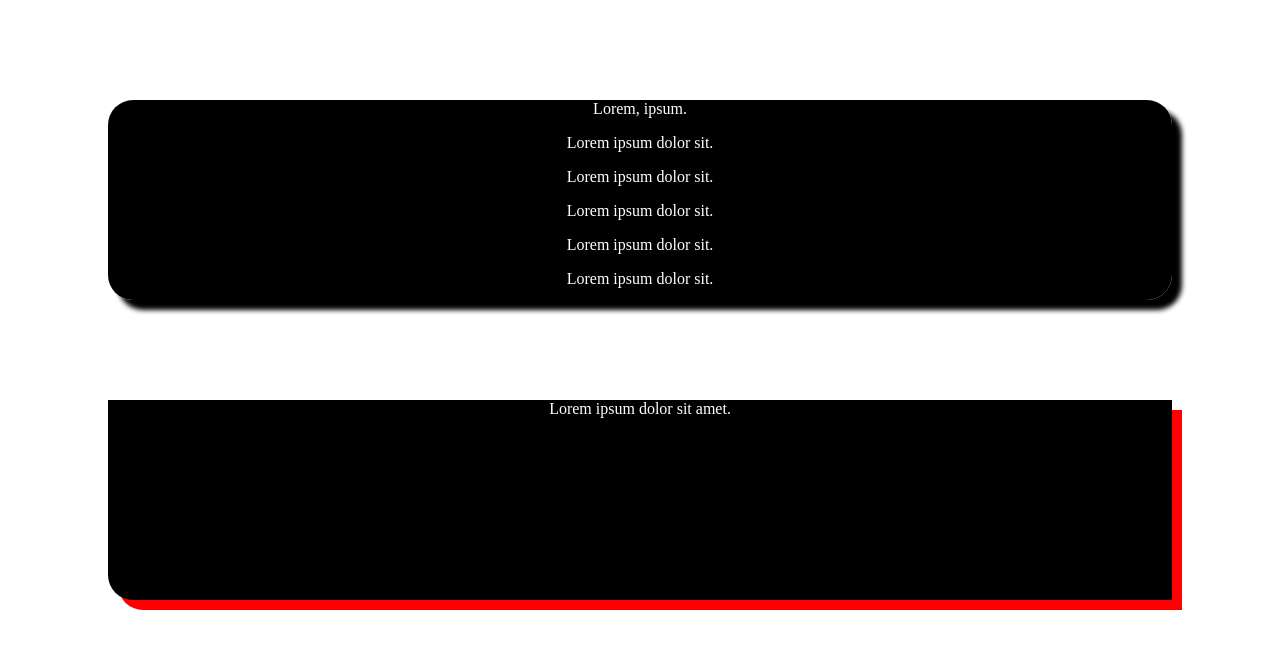
Repository: aSSasdy/assasdy.github.io
Page: index.html
An editor plug-in stored every save of this project. The page is shown before and after the next save, followed by the edit.
The browser window is 1280 px wide. The pictures show the whole page.

Above is the page before, as saved 2021-11-29 17:42:26.

### index.html
<!DOCTYPE html>
<html lang="en">
<head>
    <meta charset="UTF-8">
    <meta http-equiv="X-UA-Compatible" content="IE=edge">
    <meta name="viewport" content="width=device-width, initial-scale=1.0">
    <title>Document</title>
    <link rel="stylesheet" href="css/style.css">
</head>
<body>
    <!-- <h1>Lorem, ipsum.</h1>
    <h2>Lorem, ipsum dolor.</h2>
    <h3>Lorem ipsum dolor sit.</h3>
    <div class="block-1__img">Lorem ipsum dolor sit.
        <p><a type="button" class="block-1__link-1" href="https://www.youtube.com">youtube</a></p>
        <a type="button" class="block-1__link-2" href="https://www.youtube.com">youtube</a>
        <a type="button" class="block-1__link-3" href="https://www.youtube.com">youtube</a>
    </div>
    <div class="block-2__img">Lorem ipsum dolor sit amet.</div>
    <div class="block-3__img">
        <h4>Lorem, ipsum dolor.</h4>
        <p>Lorem, ipsum dolor.</p>
    </div>
    <br>    7ое ДЗ -->
    <div class="box-1">Lorem, ipsum.
        <p>Lorem ipsum dolor sit.</p>
        <p>Lorem ipsum dolor sit.</p>
        <p>Lorem ipsum dolor sit.</p>
        <p>Lorem ipsum dolor sit.</p>
        <p>Lorem ipsum dolor sit.</p>
        <p>Lorem ipsum dolor sit.</p>
        <p>Lorem ipsum dolor sit.</p>
        <p>Lorem ipsum dolor sit.</p>
        <p>Lorem ipsum dolor sit.</p>
        <p>Lorem ipsum dolor sit.</p>
        <p>Lorem ipsum dolor sit.</p>
        <p>Lorem ipsum dolor sit.</p>
        <p>Lorem ipsum dolor sit.</p>
        <p>Lorem ipsum dolor sit.</p>
    </div>
    <div class="box-2">Lorem ipsum dolor sit amet.</div>
</body>
</html>

### css/style.css
/* @import url('https://fonts.googleapis.com/css2?family=PT+Serif&display=swap');
html{
    font-size: 62.5%;
}
body{
    font: 400  2.5rem/1.3 Arial, Helvetica, sans-serif ;
}
h1{
    font-size: 5rem;
}
h2{
    font-size: 4rem;
}
h3{
    font-size: 3rem;
}
.block-1__img {
    background-image: url('/img/field_image_magnitosfera-saturna-i-ego-sputnik-encelad-v2.orig_.jpg');
    background-size: cover;
    border-top: 10px solid green;
    margin: auto;
    padding-bottom: 200px;
    width: 400px;
    color: white;
    text-align: center;
}
.block-2__img{
    background-image: url('/img/Moon_farside_LRO_color_mosaic.png');
    margin: 50px;
    padding-bottom: 270px;
    text-align: right;
    color: red;
    background-repeat: repeat-x;
}
.block-3__img {
    background-repeat: no-repeat;
    background-image: url("/img/-9221.jpg"),
                      url("/img/Moon_farside_LRO_color_mosaic.png"),
                      url("/img/field_image_magnitosfera-saturna-i-ego-sputnik-encelad-v2.orig_.jpg");
    background: url("/img/-9221.jpg") center no-repeat,
                url("/img/Moon_farside_LRO_color_mosaic.png") bottom right repeat-x,
                url("/img/field_image_magnitosfera-saturna-i-ego-sputnik-encelad-v2.orig_.jpg") top left repeat-y;
    background-size: 25% 25%;
    padding-bottom: 200px;
    text-transform: uppercase;
    color: white;
}
a {
    text-decoration: none;
    background: linear-gradient(45deg, rgb(158, 48, 160), rgb(213, 80, 298));
}
a:hover{
    text-decoration: none;
    background: linear-gradient(45deg, rgb(255, 244, 255), rgb(223, 80, 298));
}
h1,h2,h3,h4 {
    font: PT Serif;
} 7ое ДЗ*/
.box-1{
    background-color:black;
    margin: 100px;
    color: white;
    text-align: center;
    border-radius: 25px;
    box-shadow: 10px 10px 5px black;
    height: 200px;
    overflow: scroll;
}
.box-2{
    background-color:black;
    margin: 100px;
    height: 200px;
    color: white;
    border-bottom-left-radius: 25px;
    text-align: center;
    box-shadow: 10px 10px  red;

}

After the next save:
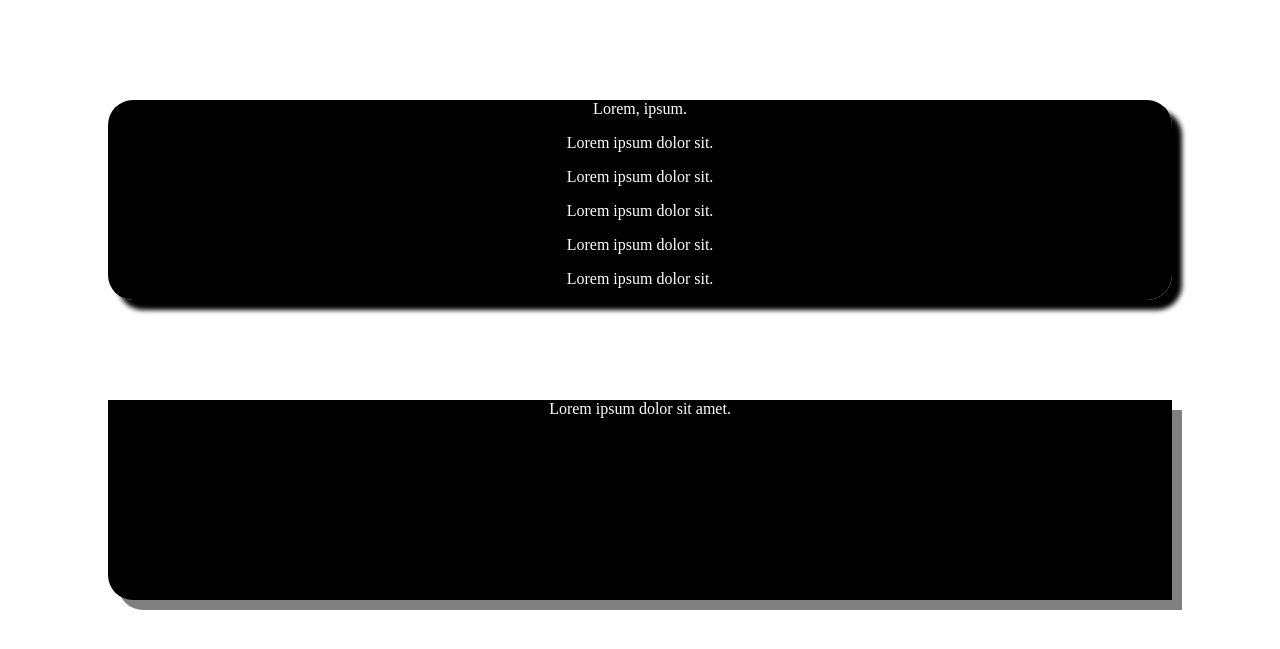
Saved 7 s later.
--- a/css/style.css
+++ b/css/style.css
@@ -73,6 +73,6 @@
     color: white;
     border-bottom-left-radius: 25px;
     text-align: center;
-    box-shadow: 10px 10px  red;
+    box-shadow: 10px 10px  grey;
 
 }
